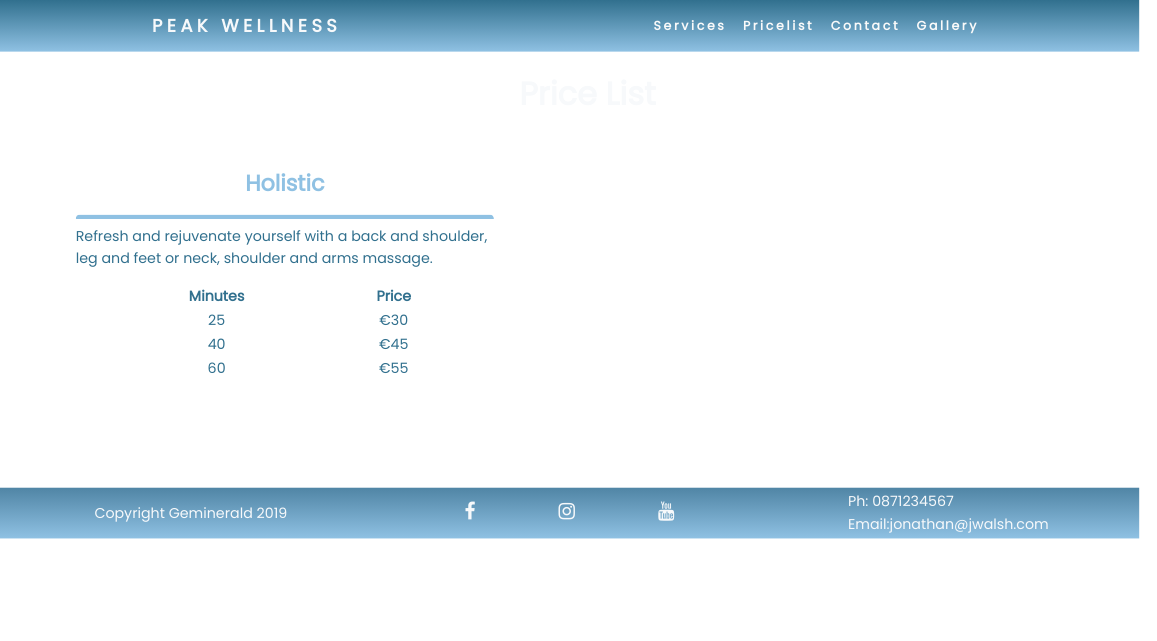
Repository: geminerald/peakwellness
Page: prices.html
The author's editor kept a record of every edit. The page is drawn from the files as they stood at one moment, then again after the next edit.
The browser window is 1280 px wide. The page is 1300 px wide, so the pictures cover 1300 px, including what lies to the right of the window. The pictures show the whole page, at 89% of full size.

Above is the page before.

### prices.html
<!DOCTYPE html>
<html lang="en">

<head>
    <meta charset="UTF-8">
    <meta name="viewport" content="width=device-width, initial-scale=1.0, maximum-scale=1.0, user-scalable=0">
    <meta http-equiv="X-UA-Compatible" content="ie=edge">
    <link rel="stylesheet" href="assets/style.css" type="text/css" />
    <link href="https://fonts.googleapis.com/css?family=Poppins&display=swap" rel="stylesheet">
    <title>Peak Wellness</title>
    <link rel="icon" href="./images/peak-icon.png">
    <link rel="stylesheet" href="https://stackpath.bootstrapcdn.com/font-awesome/4.7.0/css/font-awesome.min.css" type="text/css" />
</head>

<body>
    <nav>
        <div class="logo">
            <a href="index.html">
                <h4>Peak Wellness</h4>
            </a>
        </div>
        <ul class="nav-links">
            <li>
                <a href="services.html">Services</a>
            </li>
            <li>
                <a href="prices.html">Pricelist</a>
            </li>
            <li>
                <a href="contact.html">Contact</a>
            </li>
            <li>
                <a href="gallery.html">Gallery</a>
            </li>

        </ul>
        <div class="burger">
            <div class="line1"></div>
            <div class="line2"></div>
            <div class="line3"></div>
        </div>
    </nav>
    <section>
        <h1>Price List</h1>
        <div class="price-container">
            <div class="price-option">
                <h3>Holistic</h3>
                <p>Refresh and rejuvenate yourself with a back and shoulder, leg and feet or neck, shoulder and arms massage.</p>
                <table>
                    <tr>
                        <th>Minutes</th>
                        <th>Price</th>
                    </tr>
                    <tr>
                        <td>25</td>
                        <td>€30</td>
                    </tr>
                    <tr>
                        <td>40</td>
                        <td>€45</td>
                    </tr>
                    <tr>
                        <td>60</td>
                        <td>€55</td>
                    </tr>
                </table>
            </div>
            <div class="price-option"></div>
            <div class="price-option"></div>
            <div class="price-option"></div>
            <div class="price-option"></div>
            <div class="price-option"></div>
        </div>
    </section>
    <footer>
        <div class="f-item">
            <a class="show-mobile" target="_blank" href="https://github.com/geminerald"><i class="fa fa-copyright"></i> </a>
            <p class="hidden-mobile">Copyright <a target="_blank" href="https://github.com/geminerald"> Geminerald </a> 2019</p>
        </div>
        <div class="f-item">
            <ul class="social-links">
                <li><a target="_blank" href="https://www.facebook.com/PeakWellnessstudio/"><i class="fa fa-facebook"></i></a></li>
                <li><a target="_blank" href="https://www.instagram.com/thepeakwellnessstudio/"><i class="fa fa-instagram"></i></a></li>
                <li><a target="_blank" href="https://www.youtube.com/channel/UC_d9R5XdeesvneUyRDroG0w?"><i class="fa fa-youtube"></i></a></li>
            </ul>
        </div>
        <div class="f-item">
            <a class="show-mobile" href="contact.html"><i class="fa fa-phone"></i></a>
            <p class="hidden-mobile">Ph: 0871234567<br>Email:jonathan@jwalsh.com</p>
        </div>
    </footer>
    <script src="./assets/nav.js"></script>
</body>

</html>

### assets/style.css
/*----------------------------------------------------------------Universals*/

* {
    margin: 0;
    padding: 0;
    box-sizing: border-box;
}

body {
    font-family: 'Poppins', sans-serif;
    color: #f7f9fb;
}

a {
    text-decoration: none;
    color: #f7f9fb;
    cursor: pointer;
}


h1 {
    margin: 20px;
    font-size: 5vh;
    width: 100%;
    text-align: center;
}

/*----------------------------------------------------------------Universals*/

/*----------------------------------------------------------------Colours

Grey/Green: #687864
Dark Blue: #31708e
Medium Blue: #5085a5
Light Blue: #8fc1e3
White: #f7f9fb

Colours from: https://visme.co/blog/website-color-schemes/

*/

.price-container {
    color: #31708e;
    display: flex;
    flex-flow: row wrap;

}



.price-option {
    display: flex;
    flex-flow: row wrap;
    justify-content: space-around;
    align-items: center;
    width: 80%;
    padding-bottom: 40px;
    margin: auto;
    max-width: 500px;
}

.price-option h3 {
    margin-top: 35px;
    font-size:25px;
    color:#8fc1e3;
}

.price-option p {
    margin: 15px;
    border-top:5px solid #8fc1e3;
    border-radius:5px;
    padding-top:7px;
}

table {
    width: 80%;
    margin: auto;

}



td {
    text-align: center;
}

.price-button{
    font-size:15px;
    height:40px;
    width:100px;
}

/*----------------------------------------------------------------Nav*/

/*Nav Elements: Dev Ed:

https://www.youtube.com/watch?v=gXkqy0b4M5g

*/

nav {
    display: flex;
    justify-content: space-around;
    align-items: center;
    min-height: 8vh;
    background: linear-gradient(180deg, #31708E 0%, #8FC1E3 100%);

}

.logo {
    color: #fafafa;
    text-transform: uppercase;
    letter-spacing: 5px;
    font-size: 20px;

}

.nav-links {
    display: flex;
    width: 30%;
    justify-content: space-around;

}

.nav-links li {
    list-style: none;
}

.nav-links a {
    color: #fafafa;
    text-decoration: none;
    letter-spacing: 3px;
    font-weight: bold;
    font-size: 14px;

}

.burger {
    display: none;
    cursor: pointer;
}

.burger div {
    width: 25px;
    height: 3px;
    background-color: #fafafa;
    margin: 5px;
    transition: all 0.3s ease;

}

@media screen and (max-width:1068px) {
    .nav-links {
        width: 50%;
    }
}

@media screen and (max-width:768px) {
    body {
        overflow-x: hidden;
    }

    .nav-links {
        position: absolute;
        ;
        right: 0px;
        height: 92vh;
        top: 8vh;
        background: linear-gradient(270deg, #31708E 0%, #8FC1E3 100%);
        display: flex;
        flex-direction: column;
        align-items: center;
        width: 70%;
        transform: translateX(100%);
        transition: transform 0.5s ease-in;
        z-index: 1;
    }
    .nav-links li {
        opacity: 0;
    }
    .burger {
        display: block;
    }
}

.nav-active {
    transform: translateX(0%);
}

@keyframes navLinkFade {
    from {
        opacity: 0;
        transform: translateX(50px);
    }
    to {
        opacity: 1;
        transform: translateX(0px);
    }
}

.toggle .line1 {
    transform: rotate(-45deg) translate(-5px, 6px);
}

.toggle .line2 {
    opacity: 0;
}

.toggle .line3 {
    transform: rotate(45deg) translate(-5px, -6px);
}

/*----------------------------------------------------------------Nav*/

/*----------------------------------------------------------------Home*/

.home-container {
    background-image: url("../images/home-bg.jpg");
    background-repeat: no-repeat;
    background-position: center;
    background-size: cover;
    z-index: 0;
    margin: auto;
    height: 90vh;
    width: 100%;
    display: flex;
    justify-content: space-around;
    align-items: center;
    flex-flow: column;
}

.appear1 {
    animation: appear 1s ease-in;
}

.appear2 {
    opacity: 0;
    animation: appear 4s ease-in;
    animation-delay: 2s;
    animation-fill-mode: forwards;
    padding:10px;
    border:2px solid #f7f9fb;
    background-color:#5085a5;
    border-radius:10px;
    transition:0.5s ease-in;
}

.appear2:hover{
    color:#5085a5;
    background-color:#f7f9fb;
}

/*----------------------------------------------------------------Home*/

/*----------------------------------------------------------------Services*/

.about {
    display: flex;
    flex-direction: column;
    align-items: center;
    color: #31708e;
    margin: 10px 0px 30px 0px;
}


.about p {
    margin: 20px 30px 0px 30px;
    text-align: center;
}

.services {
    display: flex;
    flex-flow: row wrap;
    align-items: center;
    color: #31708e;
    background-color: #f7f9fb;
    justify-content: center;
}

.service-container {
    margin-bottom: 15px;
}

.service {
    display: flex;
    align-items: center;
    justify-content: center;
    flex-flow: column wrap;
    margin: 0px 15px 20px 15px;
    min-height: 450px;
    min-width: 350px;

}

.service p {
    max-width: 350px;
    text-align: center;
    margin-top: 10px;
}

.image-cropper {
    border: 5px solid #8fc1e3;
    width: 250px;
    height: 250px;
    position: relative;
    overflow: hidden;
    border-radius: 50%;
    box-shadow: 0 2px 4px 0 rgba(0, 0, 0, 0.2);
    transition: 0.3s ease-in;

}

.image-cropper:hover {
    box-shadow: 0 3px 6px 0 rgba(0, 0, 0, 0.4);
}

.image-cropper img {
    display: inline;
    margin: 0 auto;
    height: 100%;
    width: auto;
}

button {
    color: #f7f9fb;
    background-color: #5085a5;
    margin: 10px 0px 10px 0px;
    height: 50px;
    width: 200px;
    border-radius: 10px;
    box-shadow: 0 4px 8px 0 rgba(0, 0, 0, 0.4);
    transition: 0.3s ease-in;
    font-size: 3vh;
    cursor: pointer;
    padding: 10px;
}

button:hover {
    box-shadow: 0 6px 14px 0 rgba(0, 0, 0, 0.6);
    color:#5085a5;
    background-color:#f7f9fb;
}

/*----------------------------------------------------------------Services*/

/*----------------------------------------------------------------Prices*/

/*----------------------------------------------------------------Prices*/

/*----------------------------------------------------------------Contact*/

.contact-container {
    display: flex;
    flex-direction: column;
    color: #5085a5;
    background-color: #f7f9fb;

}

h5 {
    text-align: center;
    width: 100%;
    letter-spacing: 1px;
    font-size: 2.5vh;
}

.contacts {
    display: flex;
    flex-flow: row wrap;
    justify-content: space-evenly;
    margin: 5vh 0vh 5vh 0vh;
}

.contact {
    margin-top: 5vh;
    display: flex;
    flex-direction: column;
    text-align: center;
}

.contact i {
    font-size: 5vh;
}

.contact a {
    color: #5085a5;
}

form {
    margin: auto;
    margin-top: 30px;
    margin-bottom: 30px;
    display: flex;
    flex-flow: column wrap;
    width: 80%;
    justify-content: space-evenly;
}

input,
textarea {
    border-radius: 5px;
    border: 3px solid #8fc1e3;
    margin: 5px;
}

/*----------------------------------------------------------------Contact*/

/*----------------------------------------------------------------Footer*/

footer {
    height: 8vh;
    width: 100%;
    background: linear-gradient(180deg, #5085A5 0%, #8FC1E3 100%);
    display: flex;
    flex-direction: row;
    justify-content: space-evenly;
}

.f-item {
    display: flex;
    align-items: center;
    justify-content: space-evenly;
    flex-direction: row;
    width: 33%;
}

.social-links {
    display: flex;
    justify-content: space-evenly;
    list-style: none;
    width: 100%;
}

.social-links li a i,
.f-item a i {
    font-size: 3vh;
}


.hidden-mobile {
    display: block;
}

.show-mobile {
    display: none;
}

@media screen and (max-width:768px) {
    .hidden-mobile {
        display: none;
    }
    .show-mobile {
        display: block;
    }
}

/*----------------------------------------------------------------Footer*/

/*----------------------------------------------------------------KeyFrames*/

@keyframes appear {
    from {
        opacity: 0
    }
    to {
        opacity: 1
    }

}

/*----------------------------------------------------------------KeyFrames*/

.overlay {
    background-color: rgba((0, 0, 0, 0.5);

}

### assets/nav.js
const navSlide = () => {
    const burger = document.querySelector('.burger');
    const nav = document.querySelector('.nav-links');
    const navLinks = document.querySelectorAll('.nav-links li');

    burger.addEventListener('click', () => {
        nav.classList.toggle('nav-active');
        navLinks.forEach((link, index) => {
            if (link.style.animation) {
                link.style.animation = '';
            } else {
                link.style.animation = `navLinkFade 0.5s ease forwards ${index/7 + 1}s`;
            }
        });
        burger.classList.toggle('toggle');
    });
}

navSlide();

After the next edit:
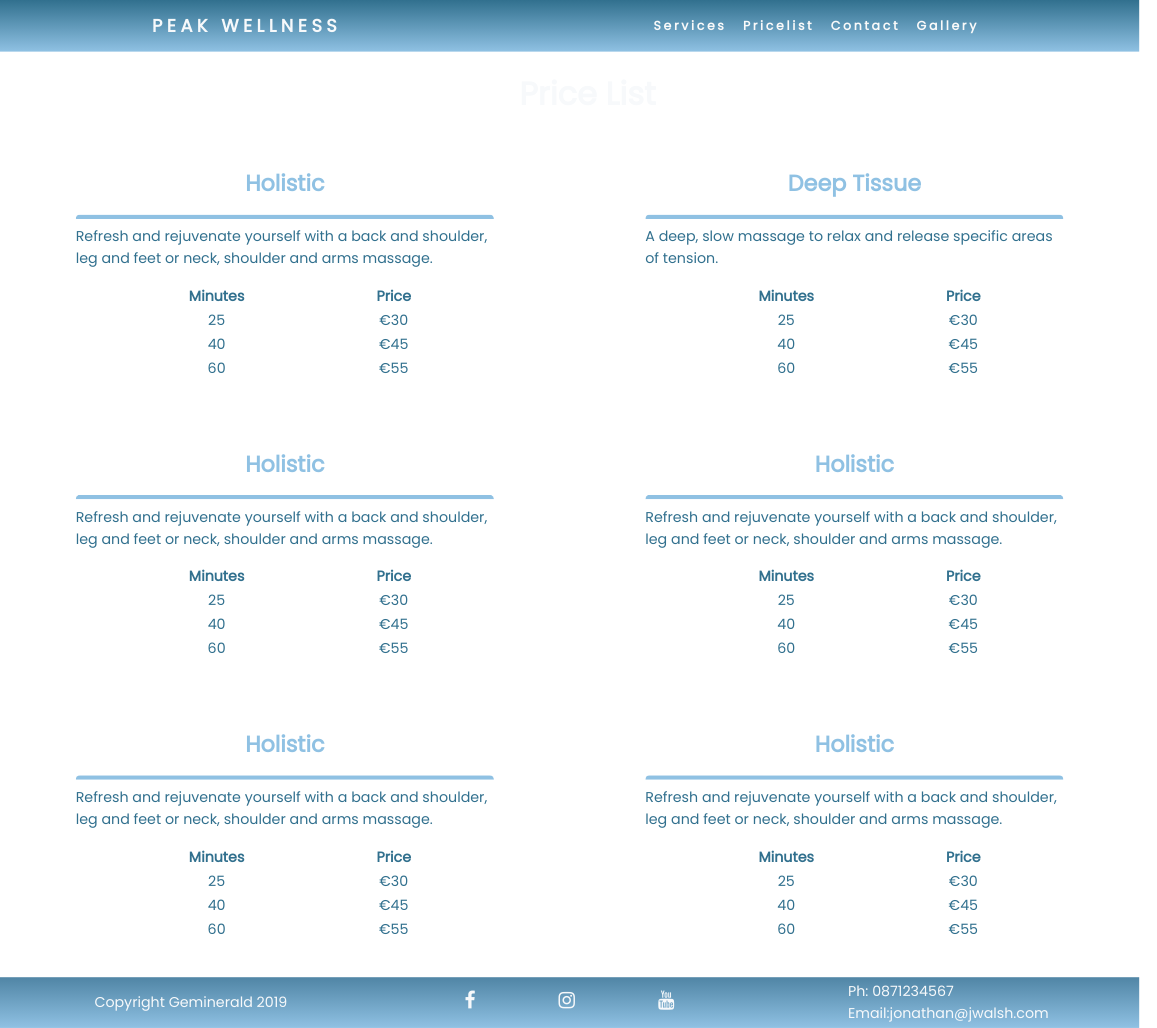
The edit:
--- a/prices.html
+++ b/prices.html
@@ -65,11 +65,116 @@
                     </tr>
                 </table>
             </div>
-            <div class="price-option"></div>
-            <div class="price-option"></div>
-            <div class="price-option"></div>
-            <div class="price-option"></div>
-            <div class="price-option"></div>
+            <div class="price-option">
+                <h3>Deep Tissue</h3>
+                <p>A deep, slow massage to relax and release specific areas of tension.</p>
+                <table>
+                    <tr>
+                        <th>Minutes</th>
+                        <th>Price</th>
+                    </tr>
+                    <tr>
+                        <td>25</td>
+                        <td>€30</td>
+                    </tr>
+                    <tr>
+                        <td>40</td>
+                        <td>€45</td>
+                    </tr>
+                    <tr>
+                        <td>60</td>
+                        <td>€55</td>
+                    </tr>
+                </table>
+            </div>
+            <div class="price-option">
+                <h3>Holistic</h3>
+                <p>Refresh and rejuvenate yourself with a back and shoulder, leg and feet or neck, shoulder and arms massage.</p>
+                <table>
+                    <tr>
+                        <th>Minutes</th>
+                        <th>Price</th>
+                    </tr>
+                    <tr>
+                        <td>25</td>
+                        <td>€30</td>
+                    </tr>
+                    <tr>
+                        <td>40</td>
+                        <td>€45</td>
+                    </tr>
+                    <tr>
+                        <td>60</td>
+                        <td>€55</td>
+                    </tr>
+                </table>
+            </div>
+            <div class="price-option">
+                <h3>Holistic</h3>
+                <p>Refresh and rejuvenate yourself with a back and shoulder, leg and feet or neck, shoulder and arms massage.</p>
+                <table>
+                    <tr>
+                        <th>Minutes</th>
+                        <th>Price</th>
+                    </tr>
+                    <tr>
+                        <td>25</td>
+                        <td>€30</td>
+                    </tr>
+                    <tr>
+                        <td>40</td>
+                        <td>€45</td>
+                    </tr>
+                    <tr>
+                        <td>60</td>
+                        <td>€55</td>
+                    </tr>
+                </table>
+            </div>
+            <div class="price-option">
+                <h3>Holistic</h3>
+                <p>Refresh and rejuvenate yourself with a back and shoulder, leg and feet or neck, shoulder and arms massage.</p>
+                <table>
+                    <tr>
+                        <th>Minutes</th>
+                        <th>Price</th>
+                    </tr>
+                    <tr>
+                        <td>25</td>
+                        <td>€30</td>
+                    </tr>
+                    <tr>
+                        <td>40</td>
+                        <td>€45</td>
+                    </tr>
+                    <tr>
+                        <td>60</td>
+                        <td>€55</td>
+                    </tr>
+                </table>
+            </div>
+            <div class="price-option">
+                <h3>Holistic</h3>
+                <p>Refresh and rejuvenate yourself with a back and shoulder, leg and feet or neck, shoulder and arms massage.</p>
+                <table>
+                    <tr>
+                        <th>Minutes</th>
+                        <th>Price</th>
+                    </tr>
+                    <tr>
+                        <td>25</td>
+                        <td>€30</td>
+                    </tr>
+                    <tr>
+                        <td>40</td>
+                        <td>€45</td>
+                    </tr>
+                    <tr>
+                        <td>60</td>
+                        <td>€55</td>
+                    </tr>
+                </table>
+            </div>
         </div>
     </section>
     <footer>
